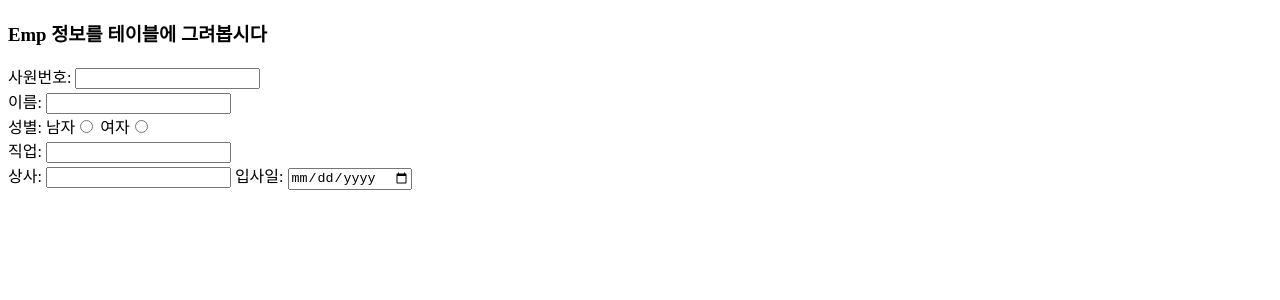
Repository: YeonHaw/jsp
Page: JSPBasic/src/main/webapp/HTML/Quiz01.html
An editor plug-in stored every save of this project. The page is shown before and after the next save, followed by the edit.
The browser window is 1280 px wide. The pictures show the whole page.

Above is the page before, as saved 2023-12-27 05:21:27.

### JSPBasic/src/main/webapp/HTML/Quiz01.html
<!DOCTYPE html>
<html>
<head>
<meta charset="UTF-8">
<title>Insert title here</title>
</head>
<body>

<h3>Emp 정보를 테이블에 그려봅시다</h3>

<form>
	사원번호: <input type="number" name="ID" size="15" maxlength="5"><br>
	이름: <input type="text" name="name"><br>
	성별:
	남자<input type="radio"name="bl">
	여자<input type="radio"name="bl"><br>
	직업: <input type="text" name="job"><br>
	상사: <input type="number" name="master"<br>
	입사일: <input type="date" name="hire" placeholder="2012-01-01"><br>
</form>

</body>
</html>

After the next save:
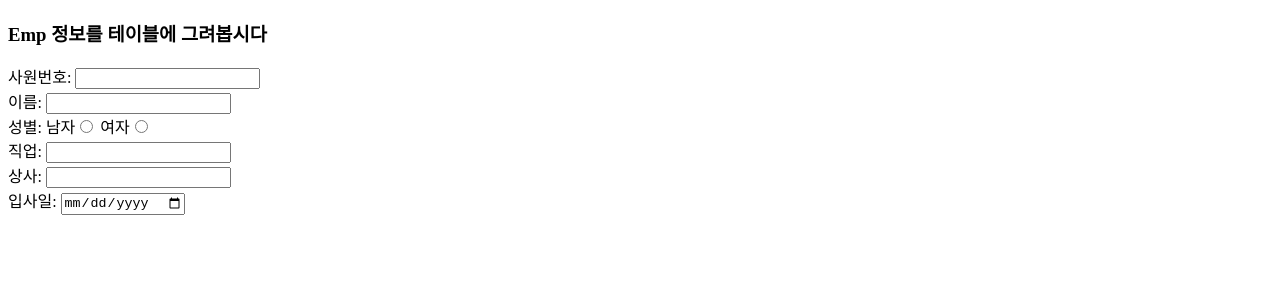
Saved 59 s later.
--- a/JSPBasic/src/main/webapp/HTML/Quiz01.html
+++ b/JSPBasic/src/main/webapp/HTML/Quiz01.html
@@ -15,7 +15,7 @@
 	남자<input type="radio"name="bl">
 	여자<input type="radio"name="bl"><br>
 	직업: <input type="text" name="job"><br>
-	상사: <input type="number" name="master"<br>
+	상사: <input type="number" name="master" size="5" maxlength="4"><br>
 	입사일: <input type="date" name="hire" placeholder="2012-01-01"><br>
 </form>
 
